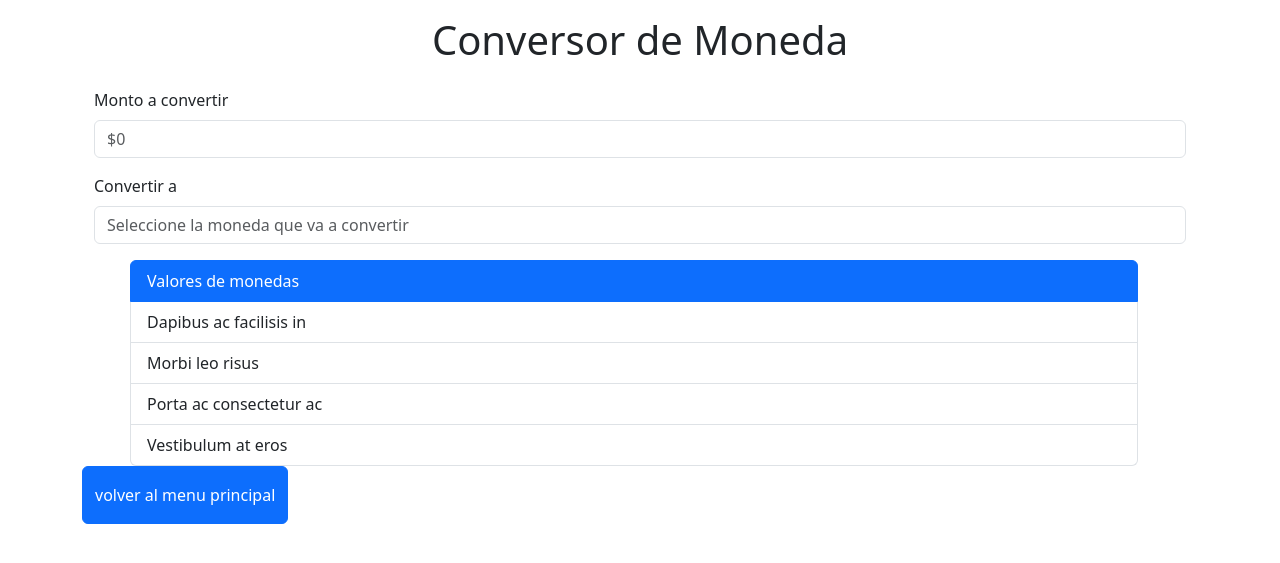
Repository: MaxiSoriano70/ALURA_Challenge_Oracle_ONE_Conversor
Page: http://localhost/conversores/WEB-INF/view/conversorDeMonedas.jsp
These files come from the project's save history. The page is drawn as it stood at one moment and after the next save; the edit follows.
The browser window is 1280 px wide. The pictures show the whole page.
The page is served by Tomcat 10. Nobody is signed in. The template is opened directly, without the code that normally fills it, so the values that code supplies are empty.

Above is the page before, as saved 2023-05-13 06:51:15.

After the next save:
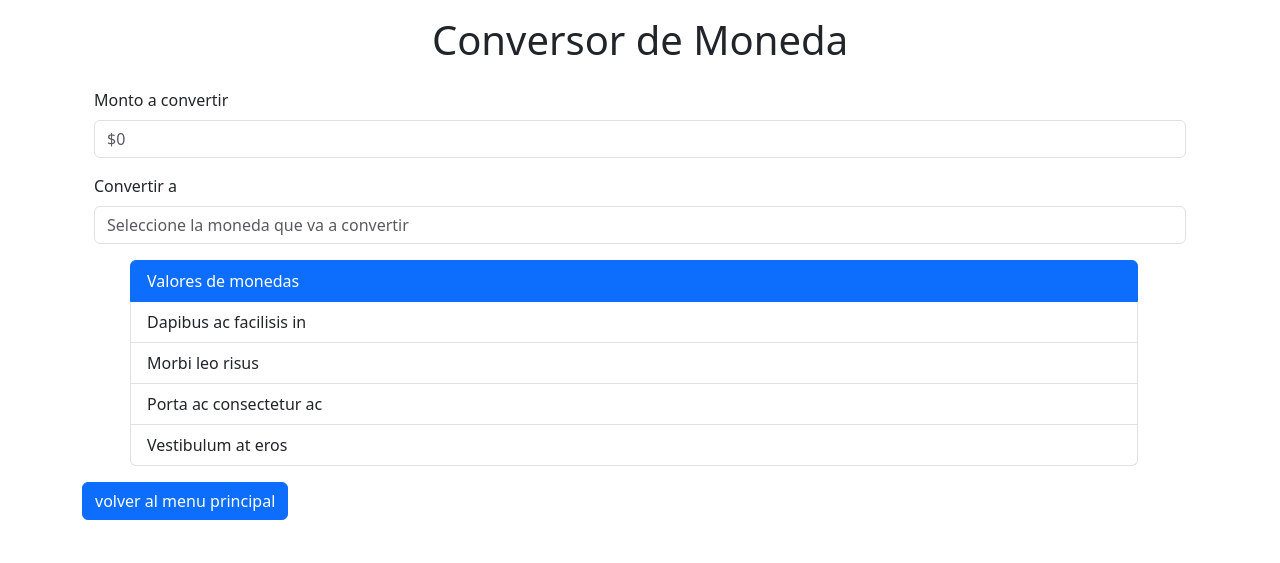
Saved 15 s later.
--- a/Conversor/conversores/src/main/webapp/WEB-INF/view/conversorDeMonedas.jsp
+++ b/Conversor/conversores/src/main/webapp/WEB-INF/view/conversorDeMonedas.jsp
@@ -42,7 +42,7 @@
 			<li class="list-group-item">Vestibulum at eros</li>
 		</ul>
 	</div>
-	<a href="entrada?accion=Index" class="btn btn-primary py-3">volver al menu principal</a>
+	<a href="entrada?accion=Index" class="btn btn-primary my-3">volver al menu principal</a>
 	<script
 		src="https://cdn.jsdelivr.net/npm/bootstrap@5.3.0-alpha3/dist/js/bootstrap.bundle.min.js"
 		integrity="sha384-ENjdO4Dr2bkBIFxQpeoTz1HIcje39Wm4jDKdf19U8gI4ddQ3GYNS7NTKfAdVQSZe"
